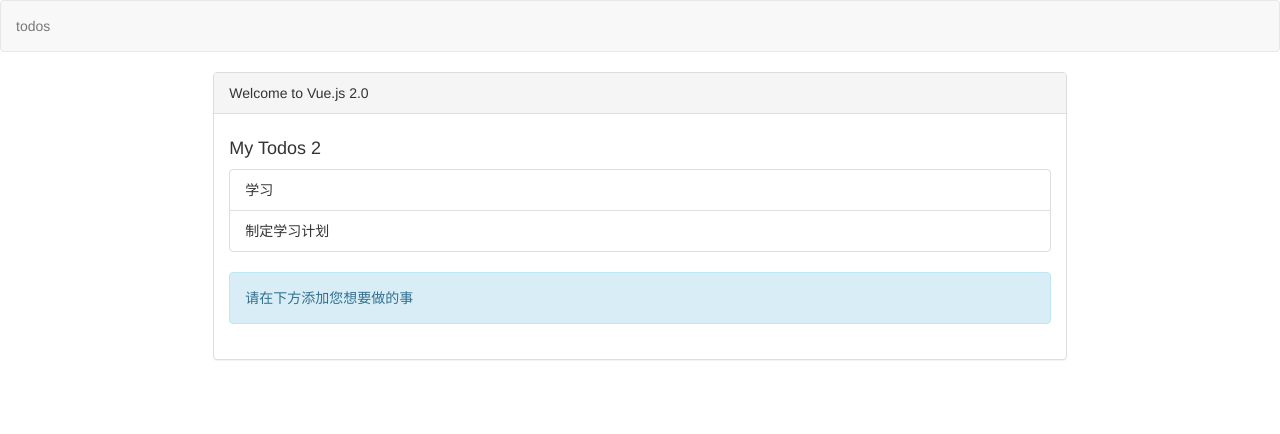
Repository: myr1111/todo
Page: Todoapp/index.html
These files come from the project's save history. The page is drawn as it stood at one moment and after a run of saves; the edit follows.
The browser window is 1280 px wide. The pictures show the whole page.

Above is the page before, as saved 2019-04-01 08:27:13.

### Todoapp/index.html
<!DOCTYPE html>
<html lang="en">
<head>
    <meta charset="UTF-8">
    <meta name="viewport" content="width=device-width, initial-scale=1.0">
    <meta http-equiv="X-UA-Compatible" content="ie=edge">
    <title>Document</title>
    <link rel="stylesheet" href="bootstrap.min.css">
    <script src="vue.min.js"></script>
</head>
<body>
    <nav class="navbar navbar-default">
        <p class="navbar-text">todos</p>
    </nav>
    <div id="app" class="container col-md-8 col-md-offset-2">
        <div class="row">
            <div class="panel panel-default">
                <div class=" panel-heading">Welcome to Vue.js 2.0</div>
                <div class="panel-body">
                    <h4>My Todos {{todosCount}}</h4>
                    <ul class="list-group">
                        <li class="list-group-item"
                            v-for="todo in todos"
                        >{{todo.title}}</li>
                    </ul>
                    <div class="alert alert-info">请在下方添加您想要做的事</div>
                    <form >
                        <div class="form-group"></div>
                    </form>
                </div>
            </div>
        </div>
    </div>
    <script>
        new Vue({
            el : "#app",
            data : {
                todos : [
                    {title : "学习"},
                    {title : "制定学习计划"}
                ]
            },
            computed: {
                todosCount(){
                    return this.todos.length;
                }
            },
        });

    </script>
</body>
</html>

Loaded but not shown: Todoapp/bootstrap.min.css (library); Todoapp/vue.min.js (library)

After the next 5 saves:
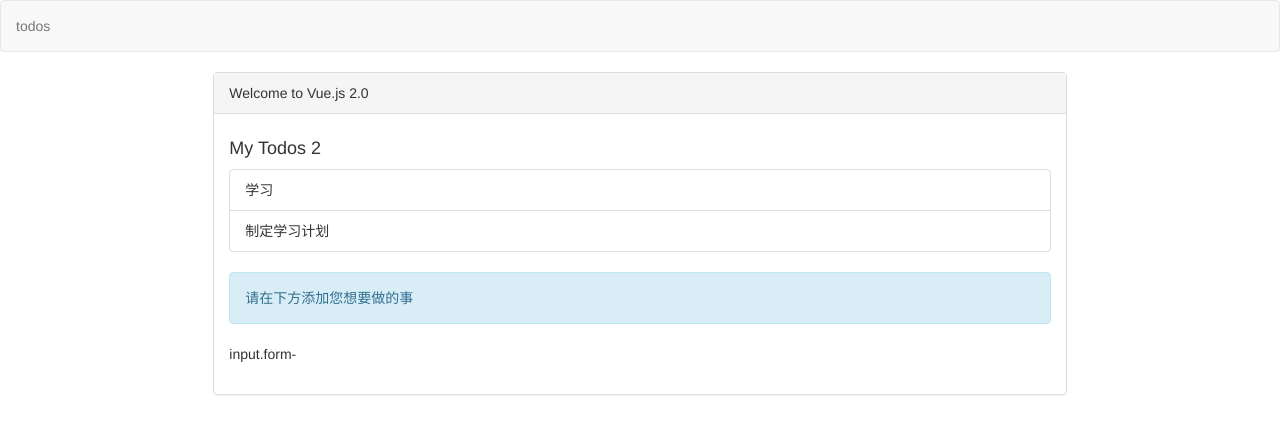
The 5 saves are shown as one change because they came seconds apart.
The last was saved 10 s later.
--- a/Todoapp/index.html
+++ b/Todoapp/index.html
@@ -25,7 +25,9 @@
                     </ul>
                     <div class="alert alert-info">请在下方添加您想要做的事</div>
                     <form >
-                        <div class="form-group"></div>
+                        <div class="form-group">
+                            input.form-
+                        </div>
                     </form>
                 </div>
             </div>
